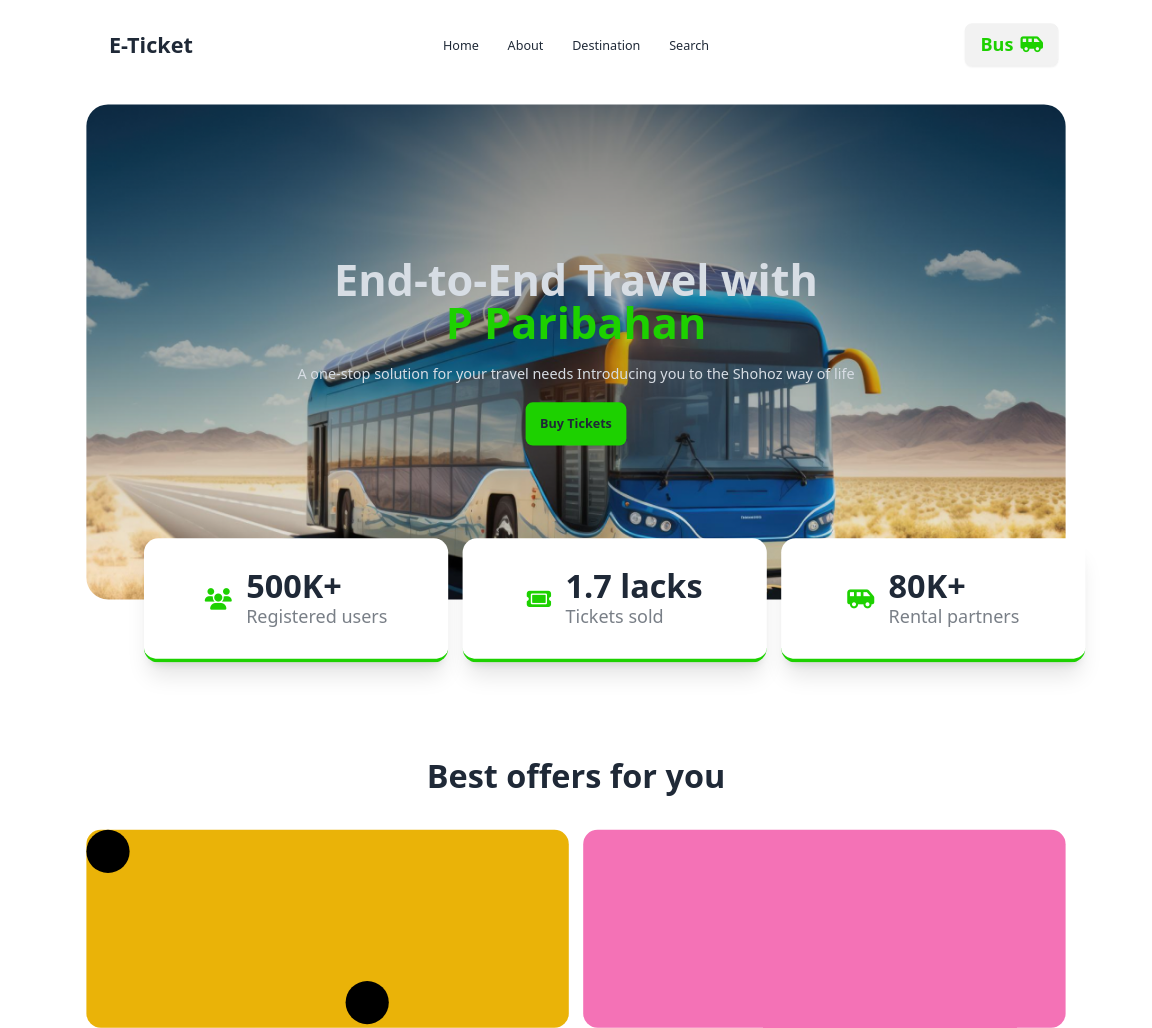
Repository: RudrasahaDibos/Smart-ticketing
Page: index.html
The author's editor kept a copy of each file at every save. The page is drawn from the files as they stood at one save, then again after a run of saves.
The browser window is 1280 px wide. The pictures show the whole page, at 90% of full size.
Some web fonts or font styles are not loaded; a fallback is used. Some web libraries are served in a nearby version.

Above is the page before, as saved 2024-11-10 01:18:14.

After the next 2 saves:
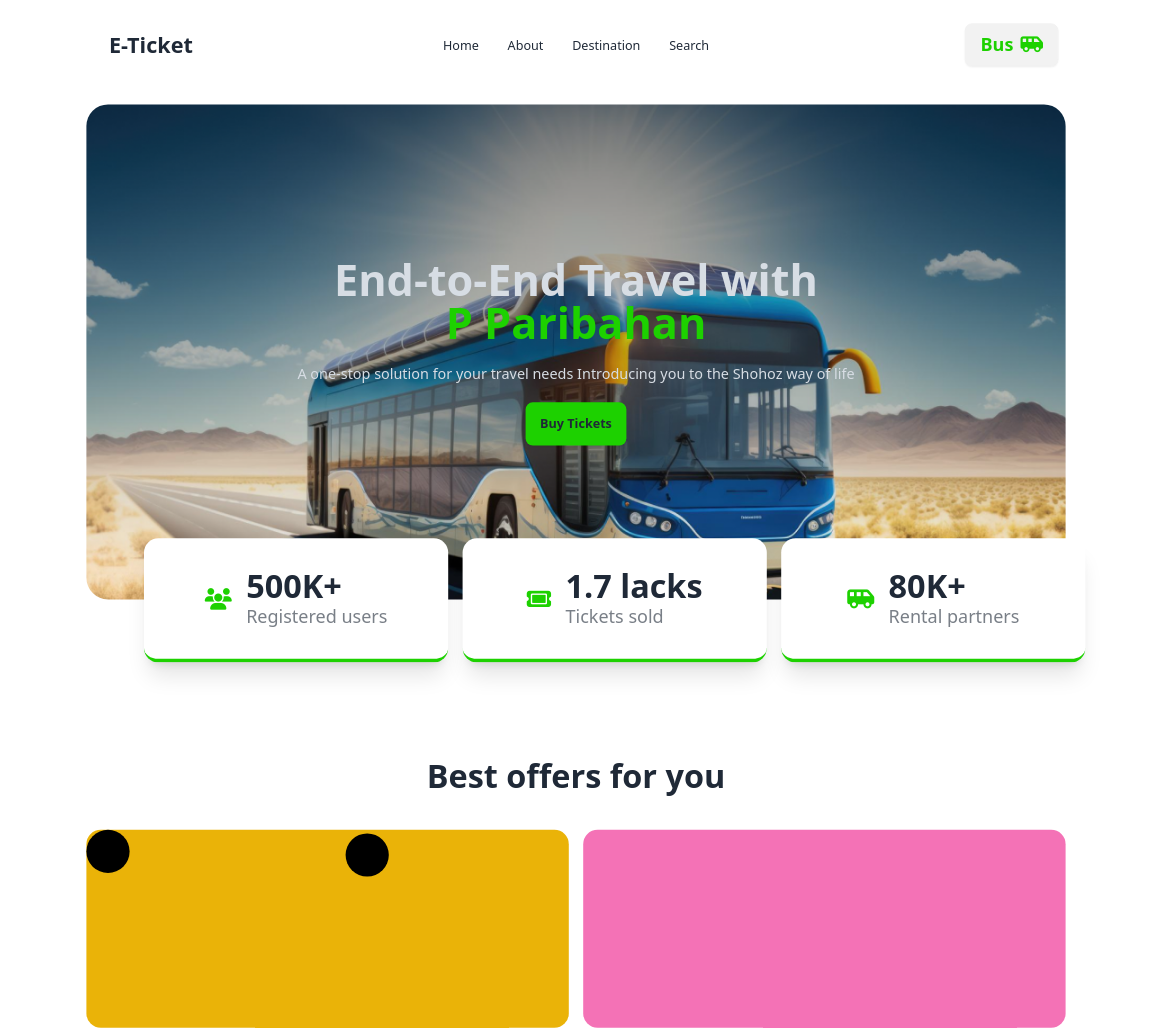
The 2 saves are shown as one change because they came seconds apart.
The last was saved 9 s later.
--- a/index.html
+++ b/index.html
@@ -156,7 +156,7 @@
 
                                 <div class="flex gap-4 mt-10">
                                     <div class="bg-yellow-500  w-[573px] h-[220px] relative rounded-2xl">
-                                               <p class="bg-black w-[48px] h-[48px] absolute mx-auto rounded-full ml-72 bottom-1  "></p>
+                                               <p class="bg-black w-[48px] h-[48px] absolute mx-auto rounded-full ml-72 top-1  "></p>
                                                <p class="bg-black w-[48px] h-[48px] absolute mx-auto rounded-full   "></p>
                                     </div>
                                     <div class="bg-pink-400   w-[573px] h-[220px] rounded-2xl">
